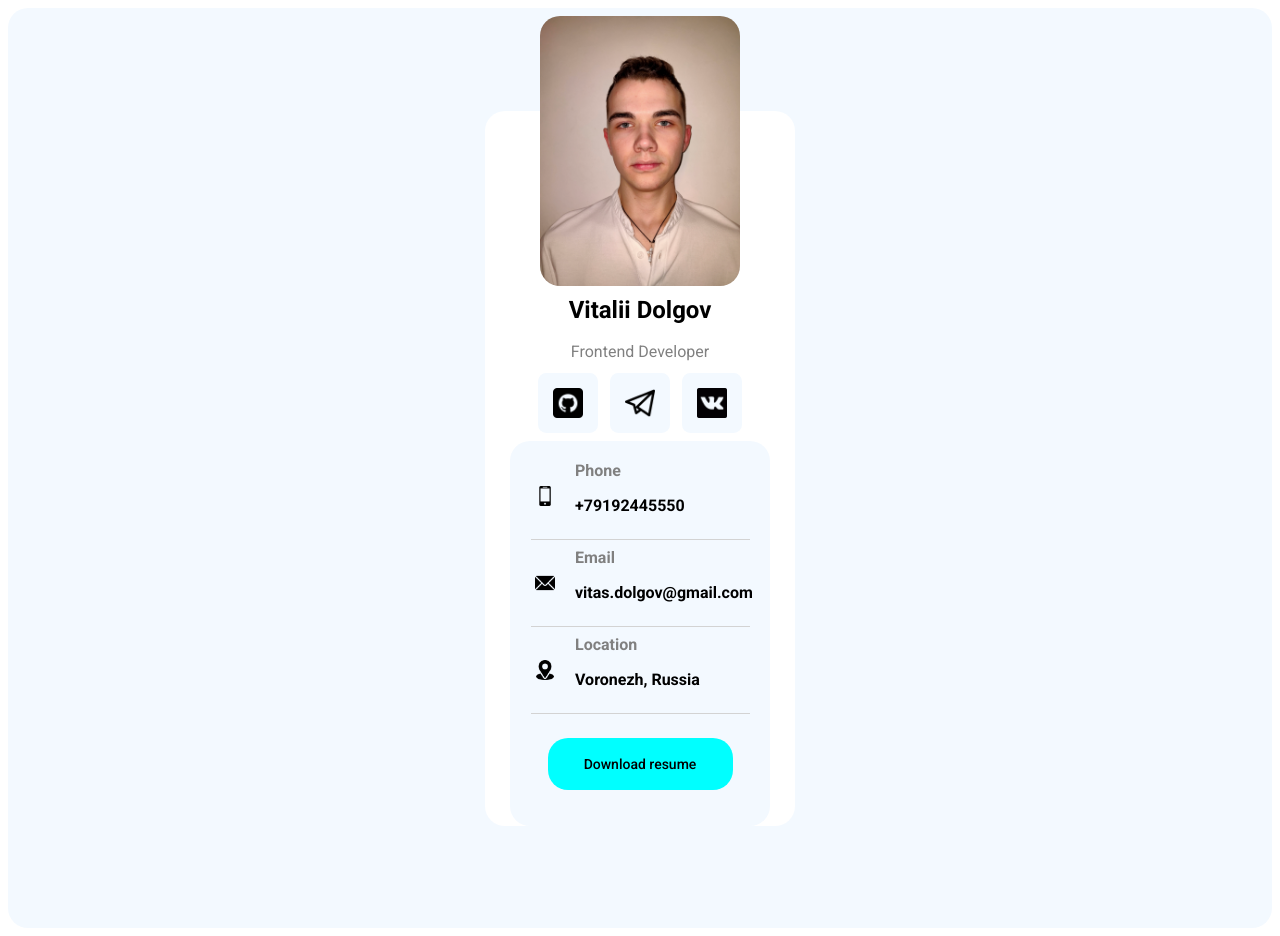
Repository: VitasYo/User_card
Page: src/index.html
These files come from the project's save history. The page is drawn as it stood at one moment and after a run of saves; the edit follows.
The browser window is 1280 px wide. The pictures show the whole page.

Above is the page before, as saved 2024-04-10 00:52:32.

After the next 6 saves:
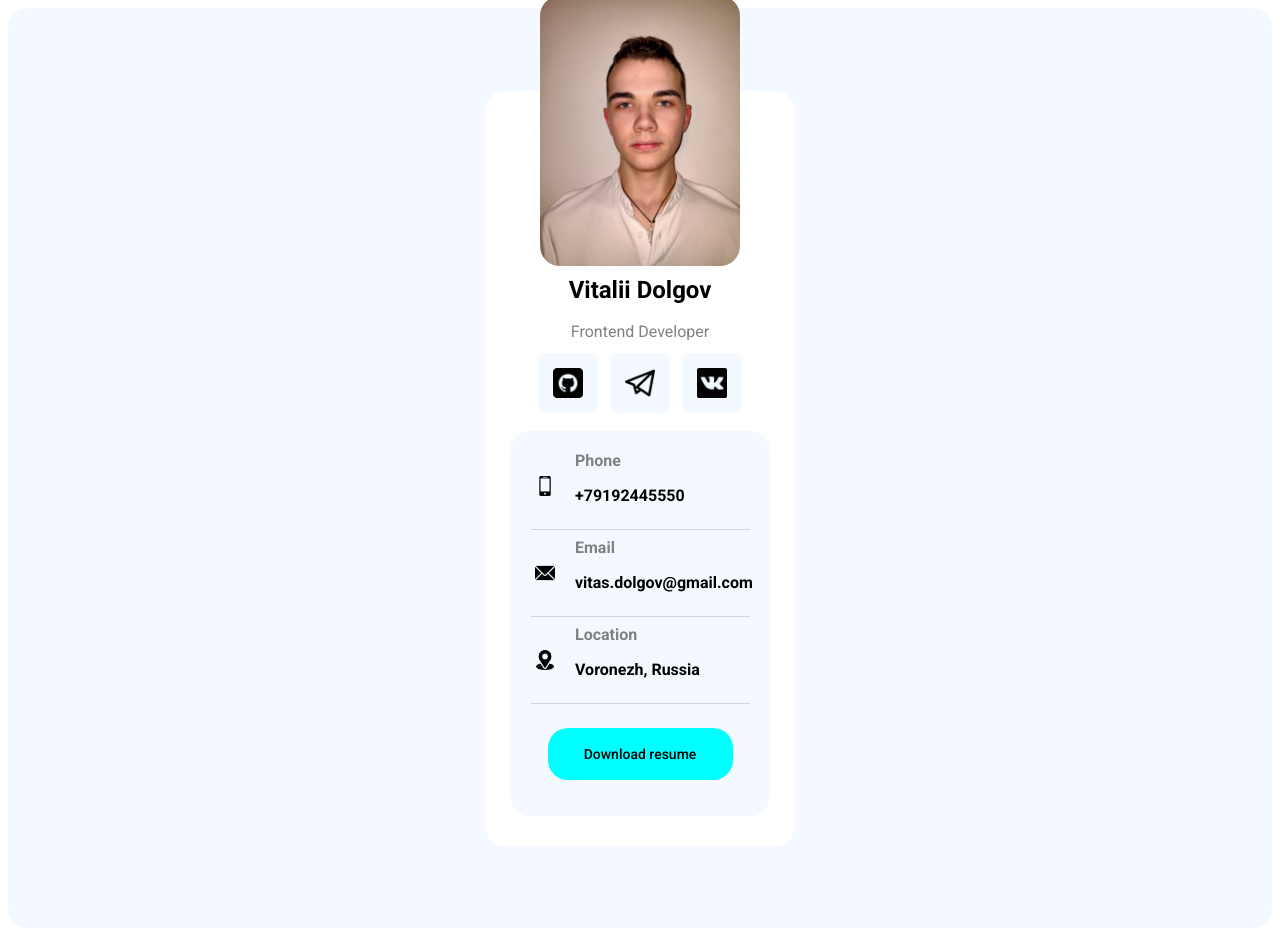
The 6 saves are shown as one change because they came seconds apart.
The last was saved 14 s later.
--- a/assets/css/index.css
+++ b/assets/css/index.css
@@ -71,7 +71,8 @@
   border-radius: 20px;
   width: 260px;
   padding: 20px 0;
-  margin-top: 10px 0;
+  margin-top: 10px;
+  margin-bottom: 30px;
   align-items: center;
   display: flex;
   flex-direction: column;
